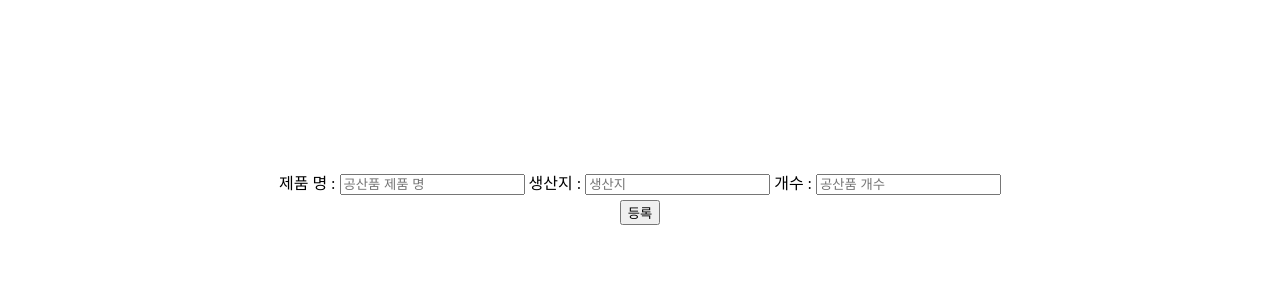
Repository: charmingjae/swproject
Page: http://localhost/board_project/product.jsp
These files come from the project's save history. The page is drawn as it stood at one moment and after the next save; the edit follows.
The browser window is 1280 px wide. The pictures show the whole page.
The page is served by Tomcat 9.

Above is the page before, as saved 2019-09-17 17:33:19.

After the next save:
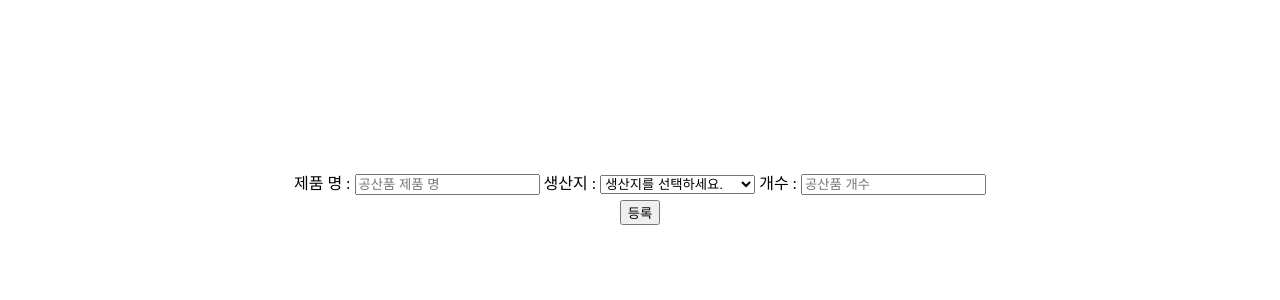
Saved 2 min 17 s later.
--- a/board_project/board_project/WebContent/product.jsp
+++ b/board_project/board_project/WebContent/product.jsp
@@ -56,7 +56,14 @@ function writeCheck()
 											<option value="AIR JORDAN1">AIR JORDAN1</option>
 											<option value="YEEZY BOOST">YEEZY BOOST</option>
 									</datalist>
-							생산지 : 	<input autocomplete=off name="proloc" placeholder="생산지" />
+							생산지 : 	<!-- <input autocomplete=off name="proloc" placeholder="생산지" /> -->
+									<select name="proloc" size=1">
+										<optgroup label="ASIA">
+											<option value="" selected disabled hidden> 생산지를 선택하세요.</option>
+											<option value="KR">KR(KOREA)</option>
+											<option value="CH">CH(CHINA)</option>
+										</optgroup>
+									</select>
 							개수 : 	<input autocomplete=off name="pronumber" placeholder="공산품 개수"/>
 				 </form>
 			 </center>
